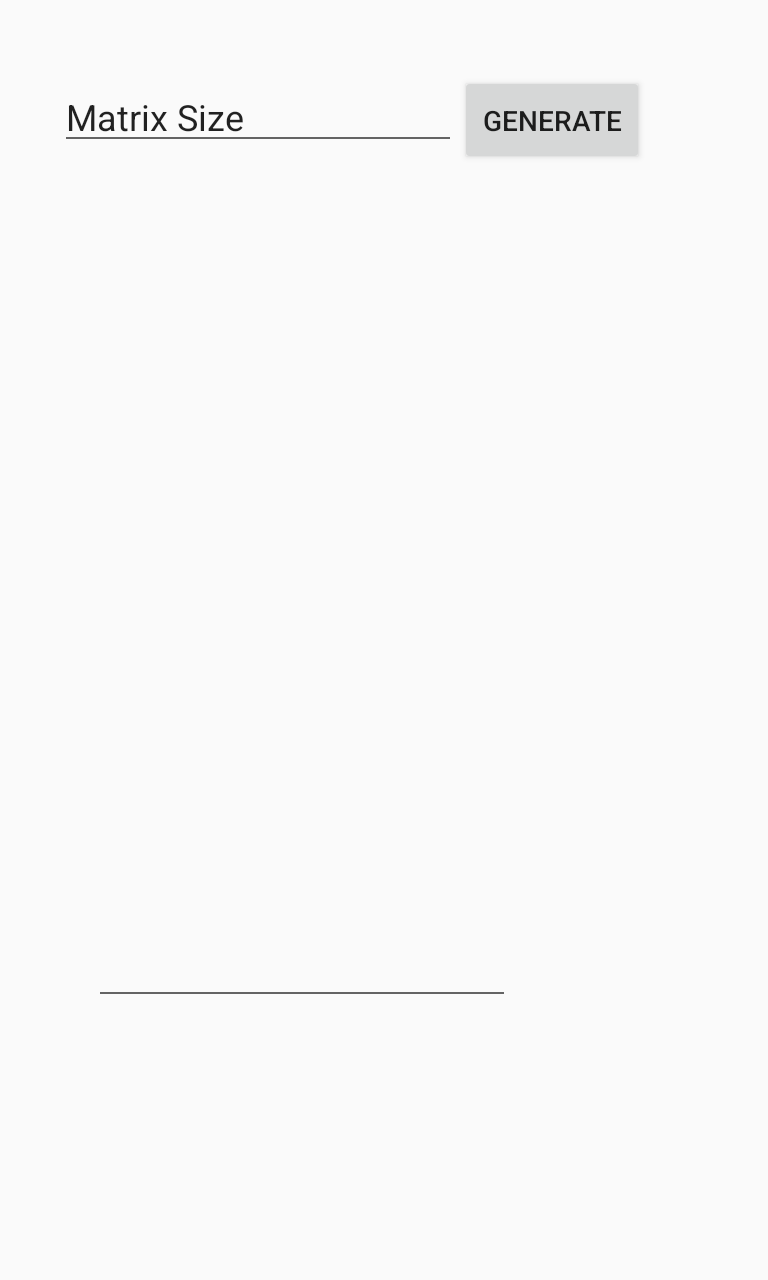
Repository: lhsieh814/ParallelProject
Layout: MatrixManipulation/res/layout/activity_main.xml
An editor plug-in stored every save of this project. The layout is shown before and after the next save, followed by the edit.
It is drawn on a 768 x 1280 px phone screen (xhdpi) without system bars, with theme AppTheme; the app's code is not run.

Above is the layout before, as saved 2014-11-22 17:15:20.

After the next save:
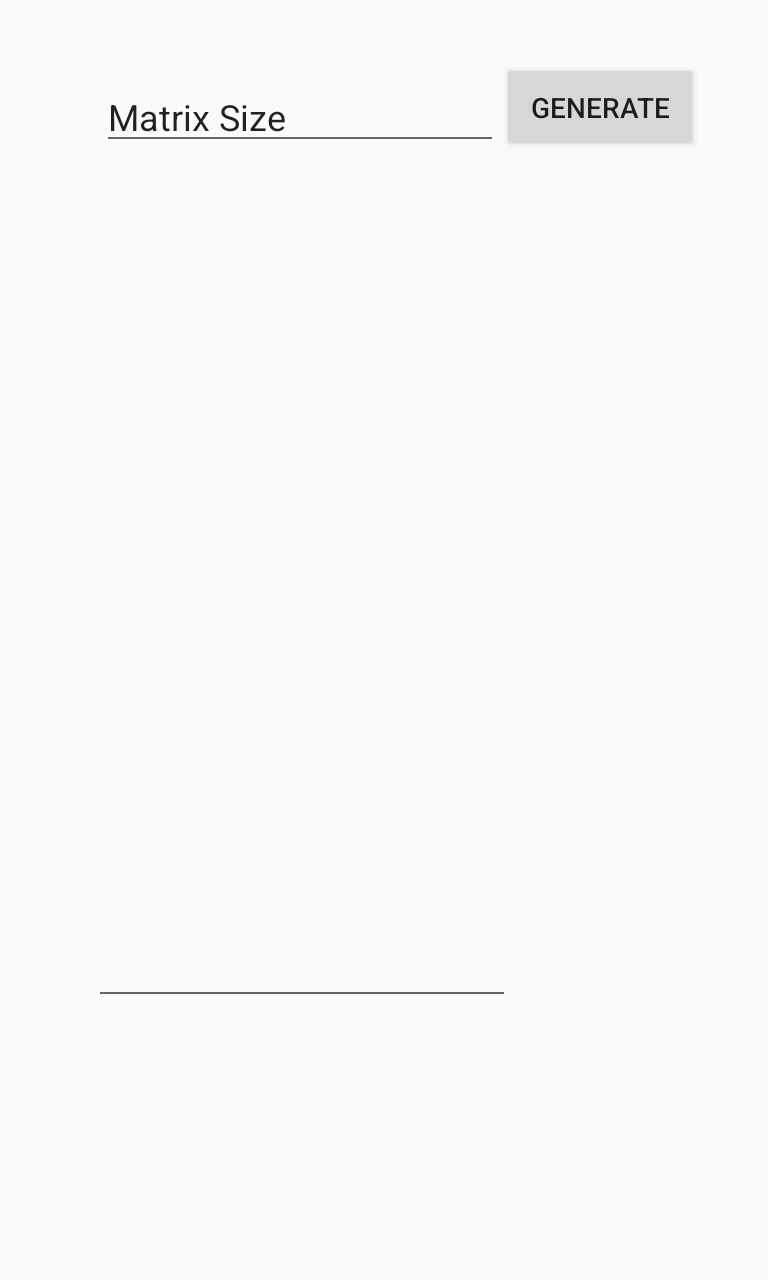
Saved 23 s later.
--- a/MatrixManipulation/res/layout/activity_main.xml
+++ b/MatrixManipulation/res/layout/activity_main.xml
@@ -32,12 +32,11 @@
 
     <Button
         android:id="@+id/button1"
-        android:layout_width="wrap_content"
+        android:layout_width="100dp"
         android:layout_height="wrap_content"
-        android:layout_alignBaseline="@+id/editText1"
         android:layout_alignBottom="@+id/editText1"
         android:layout_alignParentRight="true"
-        android:layout_marginRight="45dp"
+        android:layout_marginRight="18dp"
         android:text="Generate" />
 
 </RelativeLayout>
